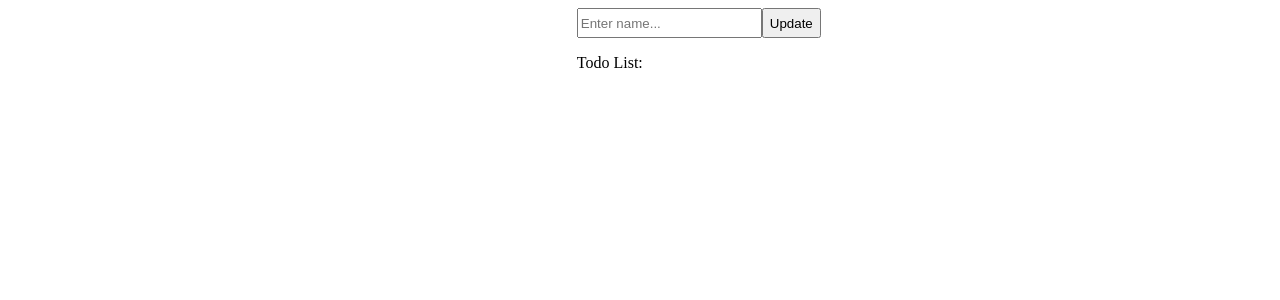
Repository: dohuuxuyen/redux-todolist
Page: /, after clicking the first element matching `button`
The author's editor kept a copy of each file at every save. The page is drawn from the files as they stood at one save, then again after the next save.
The browser window is 1280 px wide. The pictures show the whole page.
The project was rebuilt for these pictures with package versions that can differ from the ones it lists, and the page was loaded fresh each time. Also part of the build but not shown: src/App.css.

Above is the page before, as saved 2022-04-30 14:41:03.

After the next save:
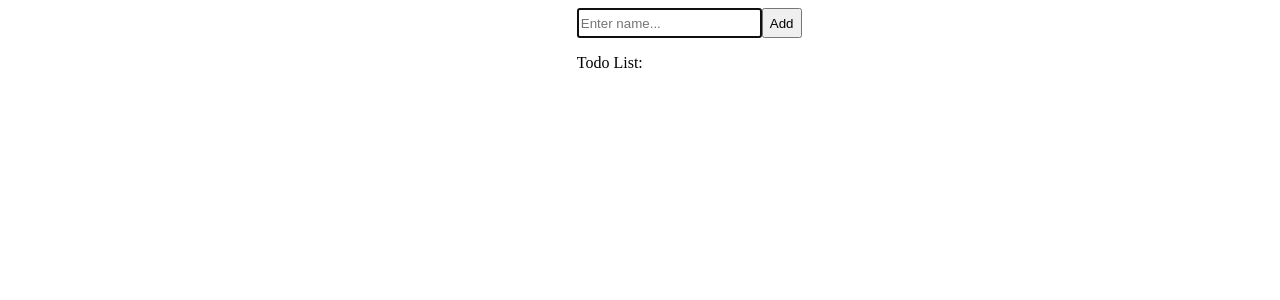
Saved 7 s later.
--- a/src/components/Todos/Todos.jsx
+++ b/src/components/Todos/Todos.jsx
@@ -62,7 +62,7 @@
         placeholder="Enter name..."
         onChange={handleTodoInputChange}
       />
-      {edit >= 0 ? (
+      {edit > 0 ? (
         <button style={{ height: "30px" }} onClick={handleUpdate}>
           Update
         </button>

After the 2 saves that followed:
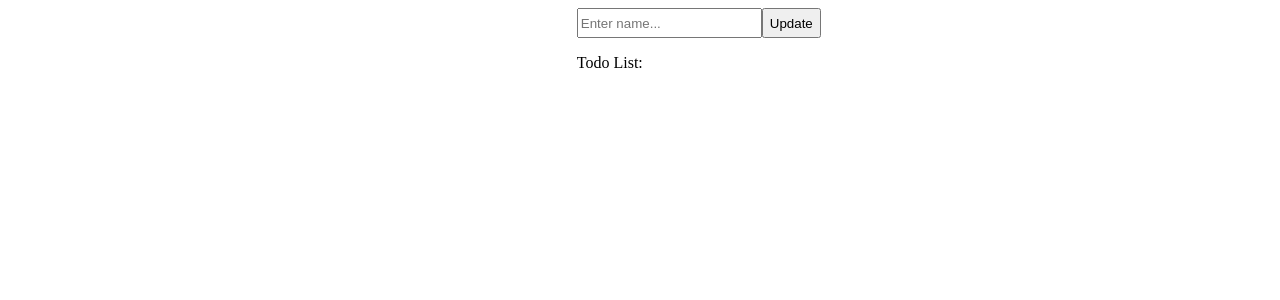
The 2 saves are shown as one change because 1 did not build or start.
The last was saved 53 s later.
--- a/src/components/Todos/Todos.jsx
+++ b/src/components/Todos/Todos.jsx
@@ -62,7 +62,7 @@
         placeholder="Enter name..."
         onChange={handleTodoInputChange}
       />
-      {edit > 0 ? (
+      {edit >= 0 ? (
         <button style={{ height: "30px" }} onClick={handleUpdate}>
           Update
         </button>
